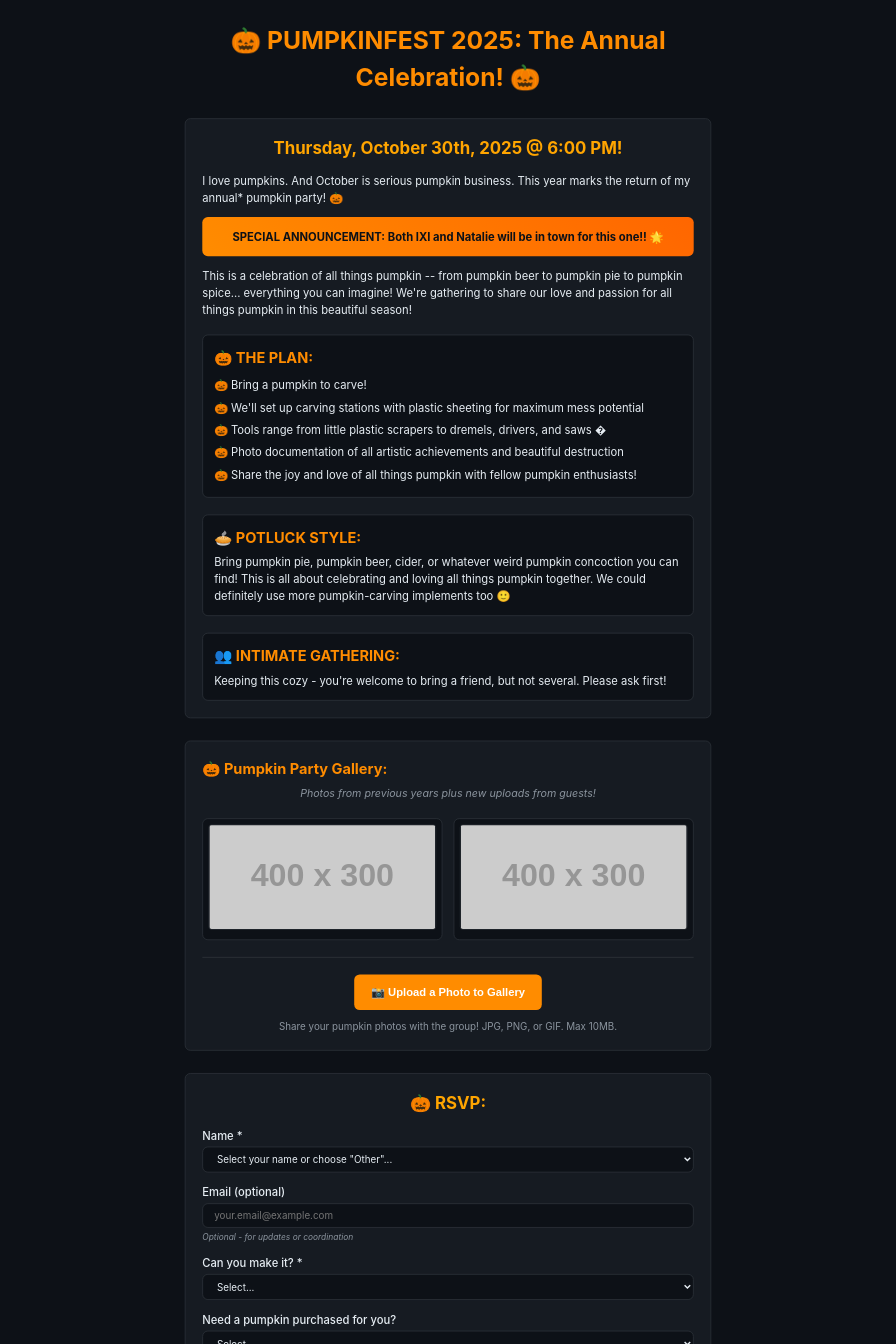
Repository: jeff-hamm/pumpkinfest
Page: index.html
An editor plug-in stored every save of this project. The page is shown before and after the next save, followed by the edit.
The browser window is 1280 px wide. The pictures show the part of the page from y = 300 to 2220 px (the page is 3259 px tall before and 3307 px after), at 70% of full size.
The page's requests for data from a server got no answer.

Above is the page before, as saved 2025-10-25 14:10:36.

### index.html
<!DOCTYPE html>
<html lang="en">
<head>
    <meta charset="UTF-8">
    <meta name="viewport" content="width=device-width, initial-scale=1.0">
    <title>PUMPKINFEST 2025 RSVP</title>
    <link rel="icon" href="data:[embedded picture, 141 characters]">
    <link rel="stylesheet" href="pumpkinfest-styles.css">
</head>
<body>
    <div id="sync-status" class="sync-status">
        <a href="https://docs.google.com/spreadsheets/d/1XEfcdwvrg54w_Aw8bEiBC4_f8pLJOT6bH55sau92mvg/edit?usp=sharing"
            target="_blank" class="sheet-link">📝 View RSVPs in Google Sheets</a>
        <div id="sync-status-text" class="sync-status-text" style="display: none;"></div>
    </div>

    <div class="header-image">
        <img src="image copy 2.png" alt="Pumpkin Party Vibes" class="header-img">
    </div>

    <div class="container">
        <h1>🎃 PUMPKINFEST 2025: The Annual Celebration! 🎃</h1>

        <div class="event-details">
            <h2>Thursday, October 30th, 2025 @ 6:00 PM!</h2>

            <p>I love pumpkins. And October is serious pumpkin business. This year marks the return of my annual* pumpkin party! 🎃</p>

            <div class="special-announcement">
                <strong>SPECIAL ANNOUNCEMENT:</strong> Both IXI and Natalie will be in town for this one!! 🌟
            </div>

            <p>This is a celebration of all things pumpkin -- from pumpkin beer to pumpkin pie to pumpkin spice... everything you can imagine! We're gathering to share our love and passion for all things pumpkin in this beautiful season!</p>

            <div class="event-sections">
                <div class="event-section">
                    <h3>🎃 THE PLAN:</h3>
                    <ul>
                        <li>Bring a pumpkin to carve!</li>
                        <li>We'll set up carving stations with plastic sheeting for maximum mess potential</li>
                        <li>Tools range from little plastic scrapers to dremels, drivers, and saws �</li>
                        <li>Photo documentation of all artistic achievements and beautiful destruction</li>
                        <li>Share the joy and love of all things pumpkin with fellow pumpkin enthusiasts!</li>
                    </ul>
                </div>

                <div class="event-section">
                    <h3>🥧 POTLUCK STYLE:</h3>
                    <p>Bring pumpkin pie, pumpkin beer, cider, or whatever weird pumpkin concoction you can find! This is all about celebrating and loving all things pumpkin together. We could definitely use more pumpkin-carving implements too 🙂</p>
                </div>

                <div class="event-section">
                    <h3>👥 INTIMATE GATHERING:</h3>
                    <p>Keeping this cozy - you're welcome to bring a friend, but not several. Please ask first!</p>
                </div>
            </div>
        </div>

        <div class="gallery-section">
            <h3>🎃 Pumpkin Party Gallery:</h3>
            <p class="gallery-description">Photos from previous years plus new uploads from guests!</p>
            <div class="gallery-loading" id="gallery-loading">
                <p>Loading gallery images... 🎃</p>
            </div>
            <div class="image-gallery" id="image-gallery">
                <!-- Images will be loaded dynamically from Google Drive -->
            </div>

            <div class="gallery-upload-section">
                <div class="gallery-upload">
                    <input type="file" id="gallery-photo-upload" accept="image/*" class="file-input" style="display: none;">
                    <button type="button" id="gallery-upload-btn" class="btn-upload">
                        📸 Upload a Photo to Gallery
                    </button>
                    <div id="gallery-upload-preview" class="photo-preview" style="display: none;">
                        <img id="gallery-preview-img" class="preview-image" alt="Photo preview">
                        <div class="upload-actions">
                            <button type="button" id="gallery-upload-submit" class="btn-primary btn-small">Upload</button>
                            <button type="button" id="gallery-upload-cancel" class="btn-secondary btn-small">Cancel</button>
                        </div>
                    </div>
                    <div class="file-info">Share your pumpkin photos with the group! JPG, PNG, or GIF. Max 10MB.</div>
                </div>
            </div>
        </div>

        <div class="rsvp-section">
            <h2>🎃 RSVP:</h2>

            <div id="rsvp-loading" class="rsvp-loading-overlay" style="display: none;">
                <div class="spinner"></div>
                <div class="spinner-text">Submitting RSVP...</div>
            </div>

            <form id="rsvp-form" class="rsvp-form">
                <div class="form-row">
                    <div class="form-group">
                        <label for="guest-name-select">Name *</label>
                        <select id="guest-name-select" name="guestNameSelect">
                            <option value="">Select your name or choose "Other"...</option>
                            <option value="Other">Other (add new person)</option>
                        </select>
                        <input type="text" id="guest-name" name="guestName" required placeholder="Enter your name..." style="display: none; margin-top: 8px;">
                    </div>
                </div>

                <div class="form-row">
                    <div class="form-group">
                        <label for="guest-email">Email (optional)</label>
                        <input type="email" id="guest-email" name="guestEmail" placeholder="your.email@example.com">
                        <small class="field-hint">Optional - for updates or coordination</small>
                    </div>
                </div>

                <div class="form-row">
                    <div class="form-group">
                        <label for="attendance">Can you make it? *</label>
                        <select id="attendance" name="attendance" required>
                            <option value="">Select...</option>
                            <option value="Yes">🎃 Yes - I'll be there!</option>
                            <option value="Maybe">🤔 Maybe - depends on my schedule</option>
                            <option value="No">😞 No - can't make it</option>
                        </select>
                    </div>
                </div>

                <div class="form-row">
                    <div class="form-group">
                        <label for="need-pumpkin">Need a pumpkin purchased for you?</label>
                        <select id="need-pumpkin" name="needPumpkin">
                            <option value="">Select...</option>
                            <option value="Yes">Yes - please get me a pumpkin!</option>
                            <option value="No">No - I'll bring my own</option>
                            <option value="Maybe">Maybe - I'll let you know</option>
                        </select>
                    </div>
                </div>

                <div class="form-row">
                    <div class="form-group">
                        <label for="bringing">What are you bringing or what do you need?</label>
                        <textarea id="bringing" name="bringing" rows="3" placeholder="e.g., 'Bringing pumpkin beer and carving tools' or 'Need a ride' or 'Bringing +1 (asked first!)'"></textarea>
                    </div>
                </div>

                <div class="form-row">
                    <div class="form-group">
                        <label class="checkbox-label">
                            <input type="checkbox" id="pumpkin-patch" name="pumpkinPatch">
                            🎃 I wanna go to a pumpkin patch together!
                        </label>
                    </div>
                </div>

                <div class="form-row" id="patch-dates-container" style="display: none;">
                    <div class="form-group">
                        <label>Which days work for you? (Check all that apply)</label>
                        <div class="checkbox-group">
                            <label class="checkbox-option">
                                <input type="checkbox" name="patchDates" value="Sat 10/25">
                                Saturday 10/25
                            </label>
                            <label class="checkbox-option">
                                <input type="checkbox" name="patchDates" value="Sun 10/26">
                                Sunday 10/26
                            </label>
                            <label class="checkbox-option">
                                <input type="checkbox" name="patchDates" value="Mon 10/27">
                                Monday 10/27
                            </label>
                            <label class="checkbox-option">
                                <input type="checkbox" name="patchDates" value="Tues 10/28">
                                Tuesday 10/28
                            </label>
                            <label class="checkbox-option">
                                <input type="checkbox" name="patchDates" value="Wed 10/29">
                                Wednesday 10/29
                            </label>
                        </div>
                    </div>
                </div>

                <div class="form-row">
                    <div class="form-group">
                        <label for="pumpkin-photo">🎃 Share a pumpkin photo! (optional)</label>
                        <input type="file" id="pumpkin-photo" name="pumpkinPhoto" accept="image/*" class="file-input">
                        <div id="photo-preview" class="photo-preview" style="display: none;">
                            <img id="preview-img" class="preview-image" alt="Photo preview">
                            <button type="button" id="remove-photo" class="btn-remove">Remove</button>
                        </div>
                        <div class="file-info">JPG, PNG, or GIF. Max 10MB.</div>
                    </div>
                </div>

                <div class="form-actions">
                    <button type="submit" class="btn-primary">🎃 Submit RSVP</button>
                </div>
            </form>
        </div>

        <div id="rsvp-grid-section" class="rsvp-grid-section">
            <h3>👥 Who's Coming:</h3>

            <div class="filter-tabs">
                <button class="filter-tab active" data-filter="Everyone">Everyone</button>
                <button class="filter-tab" data-filter="Going">Going</button>
                <button class="filter-tab" data-filter="Maybe">Maybe</button>
                <button class="filter-tab" data-filter="No">No</button>
                <button class="filter-tab" data-filter="Not Responded">Not Responded</button>
            </div>

            <div class="rsvp-grid-container">
                <table id="rsvp-grid" class="rsvp-grid">
                    <thead>
                        <tr>
                            <th>Name</th>
                            <th>Attendance</th>
                            <th>Needs Pumpkin</th>
                            <th>Bringing</th>
                            <th>Patch Dates</th>
                        </tr>
                    </thead>
                    <tbody id="rsvp-grid-body">
                        <!-- Grid rows will be dynamically loaded here -->
                    </tbody>
                </table>
                <div id="no-rsvps-message" class="no-rsvps-message" style="display: none;">
                    <p>🎃 No RSVPs match the current filter.</p>
                </div>
            </div>
        </div>
    </div>

    <script src="pumpkinfest-app.js?v=2025-10-25-5"></script>
</body>
</html>

Loaded but not shown: pumpkinfest-app.js (1077 lines, source omitted); pumpkinfest-styles.css (962 lines, source omitted)

After the next save:
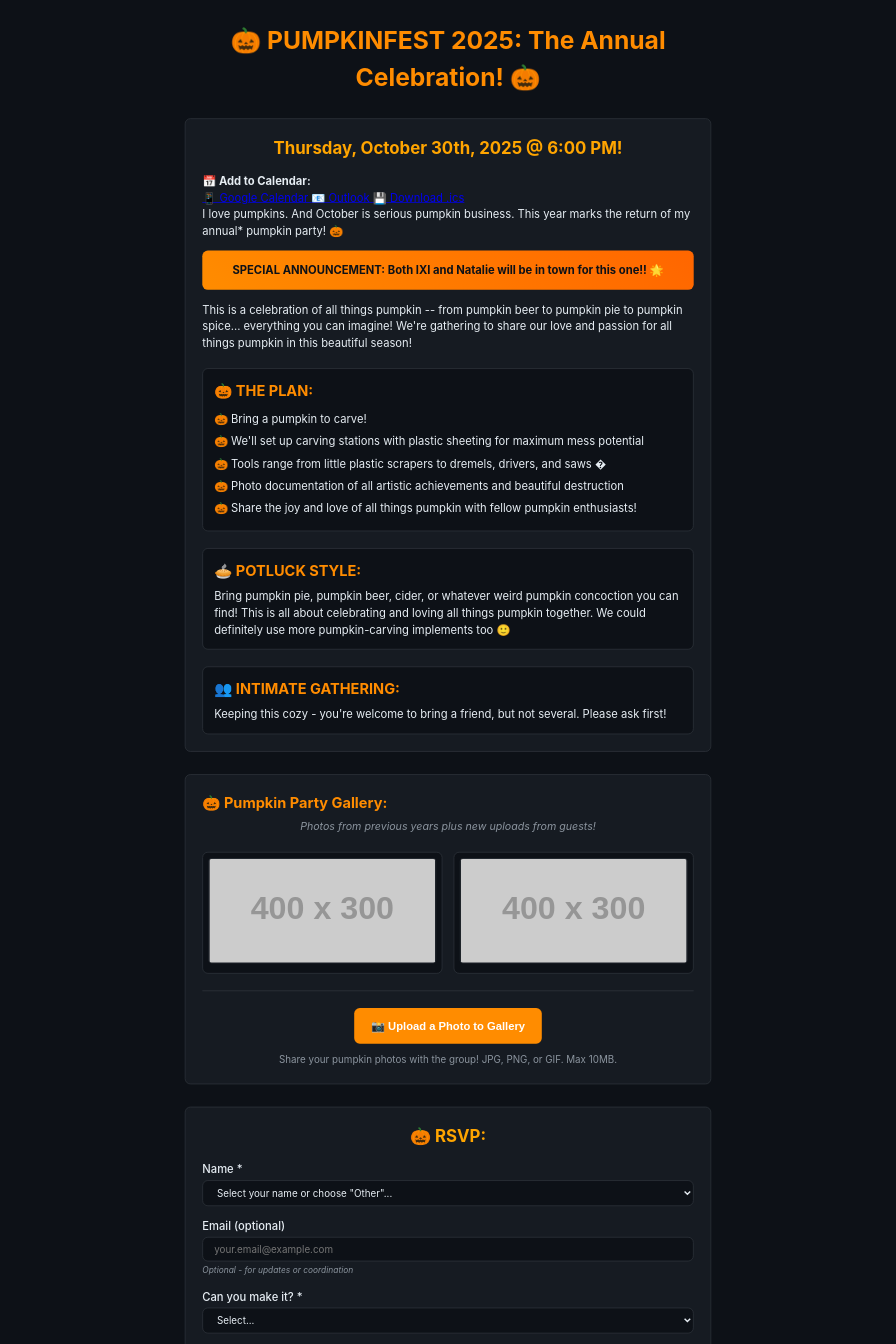
Saved 72 s later.
--- a/index.html
+++ b/index.html
@@ -23,6 +23,21 @@
 
         <div class="event-details">
             <h2>Thursday, October 30th, 2025 @ 6:00 PM!</h2>
+
+            <div class="calendar-links">
+                <p><strong>📅 Add to Calendar:</strong></p>
+                <div class="calendar-buttons">
+                    <a href="https://calendar.google.com/calendar/render?action=TEMPLATE&text=Pumpkinfest%202025%3A%20The%20Annual%20Celebration!&dates=20251031T010000Z/20251031T050000Z&details=Annual%20pumpkin%20party%20with%20carving%2C%20pumpkin%20beer%2C%20pie%2C%20and%20all%20things%20pumpkin!%20Bring%20a%20pumpkin%20to%20carve%20and%20something%20pumpkin-themed%20to%20share.%20Tools%20provided%20from%20plastic%20scrapers%20to%20power%20tools!&location=TBD%20-%20Check%20RSVP%20details" target="_blank" class="calendar-btn google-cal">
+                        📱 Google Calendar
+                    </a>
+                    <a href="https://outlook.live.com/calendar/0/deeplink/compose?subject=Pumpkinfest%202025%3A%20The%20Annual%20Celebration!&startdt=2025-10-30T18%3A00%3A00&enddt=2025-10-30T22%3A00%3A00&body=Annual%20pumpkin%20party%20with%20carving%2C%20pumpkin%20beer%2C%20pie%2C%20and%20all%20things%20pumpkin!%20Bring%20a%20pumpkin%20to%20carve%20and%20something%20pumpkin-themed%20to%20share.%20Tools%20provided%20from%20plastic%20scrapers%20to%20power%20tools!&location=TBD%20-%20Check%20RSVP%20details" target="_blank" class="calendar-btn outlook-cal">
+                        📧 Outlook
+                    </a>
+                    <a href="data:text/calendar;charset=utf8,BEGIN:VCALENDAR%0AVERSION:2.0%0APRODID:-//Test//Test//EN%0ABEGIN:VEVENT%0AUID:pumpkinfest2025@example.com%0ADTSTAMP:20251025T120000Z%0ADTSTART:20251030T180000%0ADTEND:20251030T220000%0ASUMMARY:Pumpkinfest 2025: The Annual Celebration!%0ADESCRIPTION:Annual pumpkin party with carving, pumpkin beer, pie, and all things pumpkin! Bring a pumpkin to carve and something pumpkin-themed to share. Tools provided from plastic scrapers to power tools!%0ALOCATION:TBD - Check RSVP details%0AEND:VEVENT%0AEND:VCALENDAR" download="pumpkinfest-2025.ics" class="calendar-btn ics-cal">
+                        💾 Download .ics
+                    </a>
+                </div>
+            </div>
 
             <p>I love pumpkins. And October is serious pumpkin business. This year marks the return of my annual* pumpkin party! 🎃</p>
 
